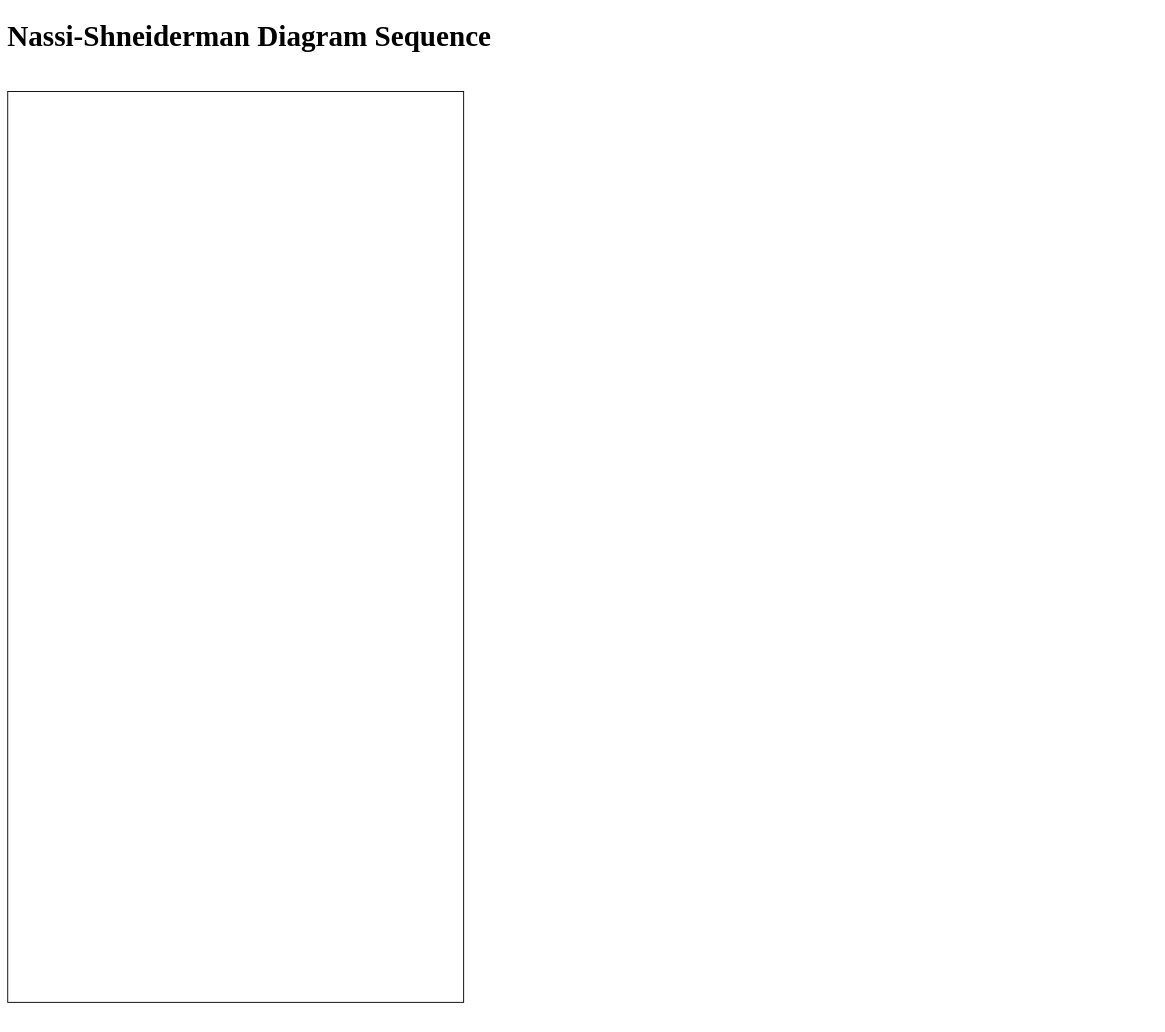
Repository: fabsch225/Nassi-Shneiderman-Compiler
Page: demo.html
The author's editor kept a copy of each file at every save. The page is drawn from the files as they stood at one save, then again after a run of saves.
The browser window is 1280 px wide. The pictures show the whole page, at 91% of full size.

Above is the page before, as saved 2024-05-15 21:32:10.

After the next 2 saves:
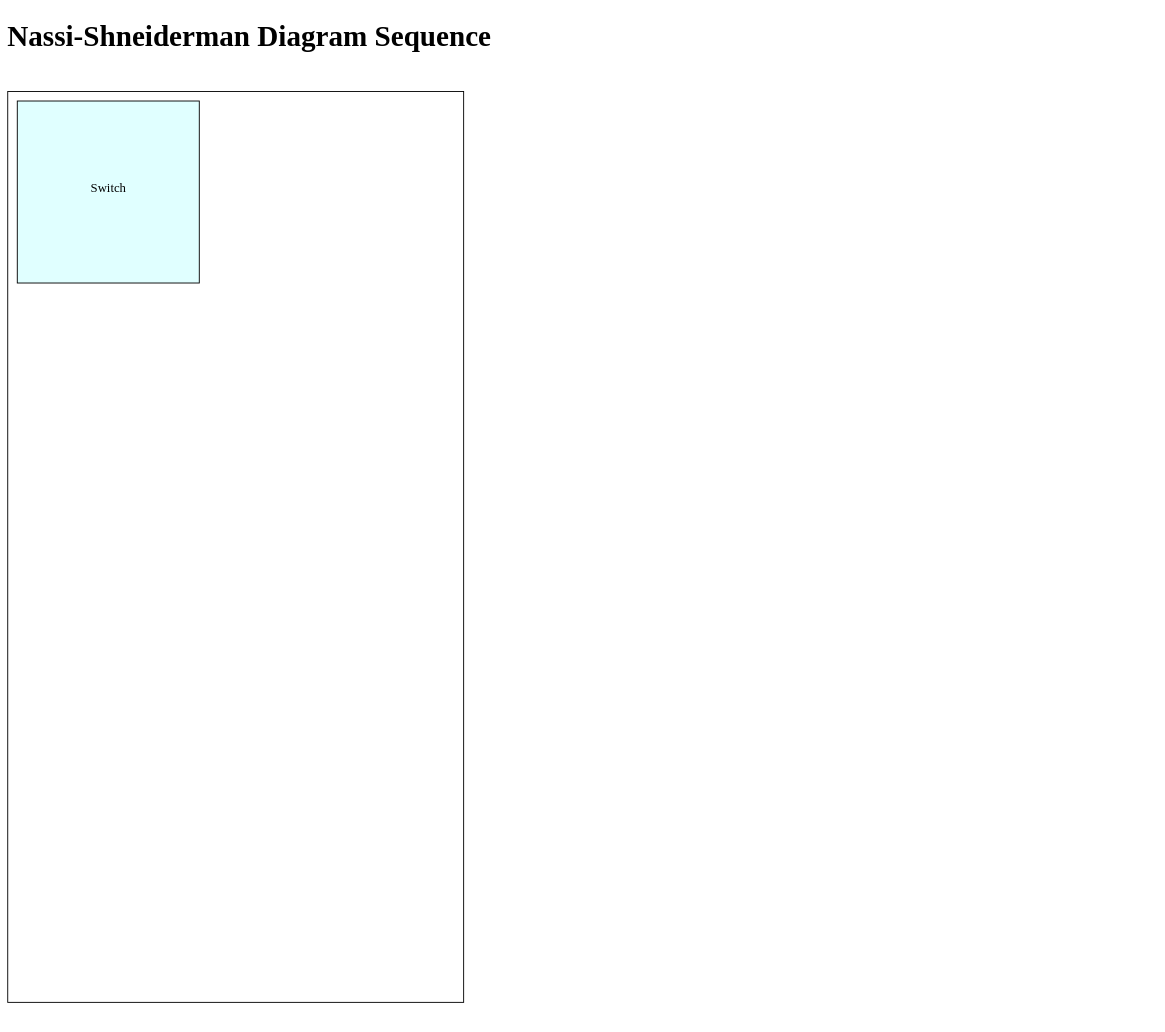
The 2 saves are shown as one change because they came seconds apart.
The last was saved 55 s later.
--- a/demo.html
+++ b/demo.html
@@ -26,7 +26,7 @@
     let currentY = 10;
 
 
-    svgContainer.innerHTML += createSwitchCaseBlock(10, currentY, blockWidth, blockHeight * 2, ['Case 1', 'Case 2', 'Case 3']);
+    svgContainer.innerHTML += createSwitchCaseBlock(10, currentY, blockWidth, blockHeight * 2, ['Case 1', 'Case 2', 'Case 3']).svgAppendix;
 
 </script>
 </body>

After the save that followed:
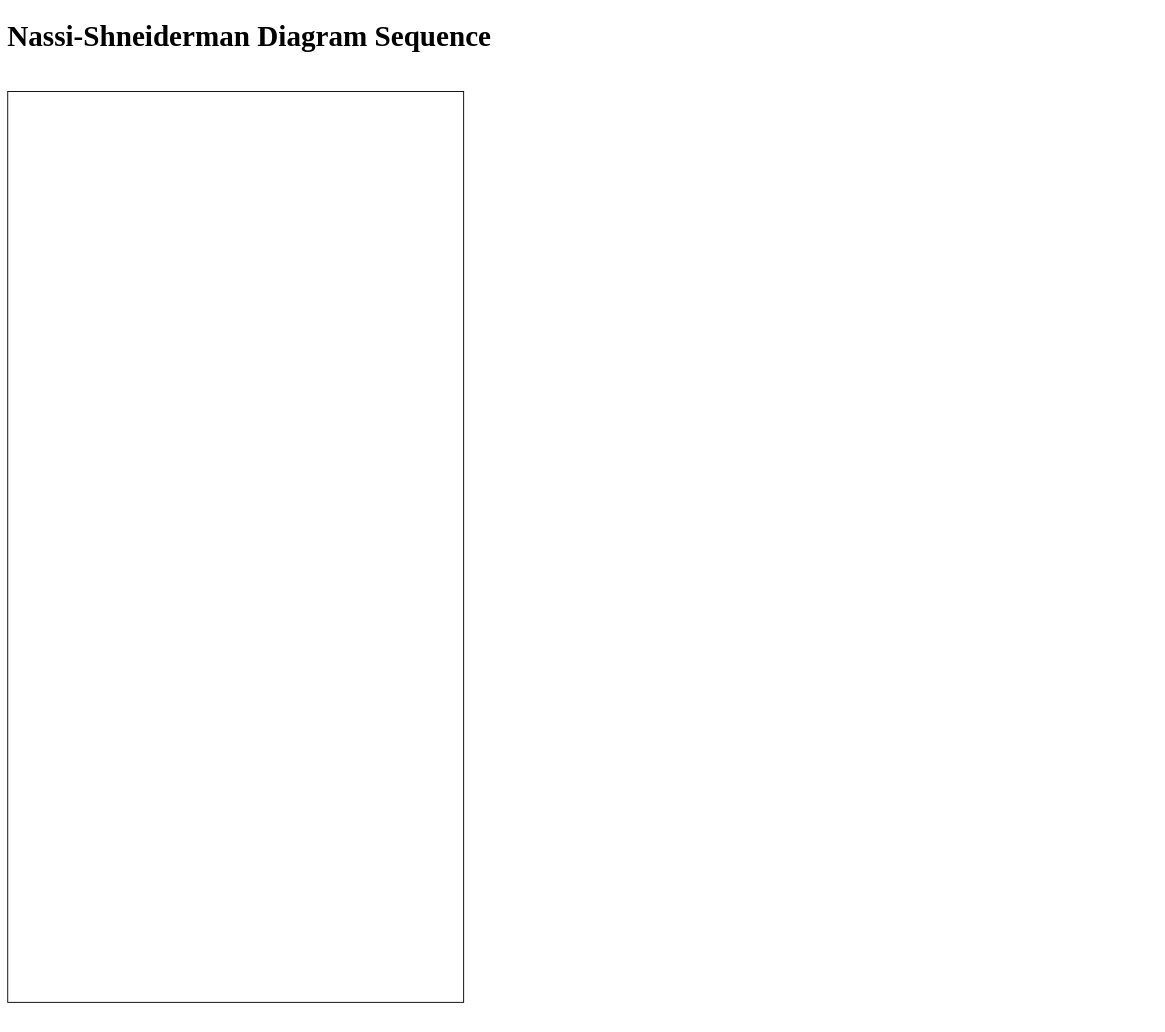
Console error: ReferenceError: createSwitchCaseBlock is not defined
Saved 66 s later.
--- a/src/nassi_svg_api.js
+++ b/src/nassi_svg_api.js
@@ -27,15 +27,4 @@ function createDecisionBlock(x, y, width, height, question, answerA, answerB) {
     return {svgAppendix: svgAppendix, children: [childA, childB]};
 }
 
-function createSwitchCaseBlock(x, y, width, height, cases) {
-    const caseHeight = height / (cases.length + 1);
-    let svgAppendix = `<rect class="switch" x="${x}" y="${y}" width="${width}" height="${height}" stroke="black" fill="lightcyan" />`;
-
-    const children = cases.map((item, index) => {
-        const caseY = y + caseHeight * (index + 1);
-        return { start_x: x, start_y: caseY, width: width, height: caseHeight };
-    });
-
-    svgAppendix += `<text class="switch-text" x="${x + width / 2}" y="${y + height / 2}" font-size="14px" fill="black" text-anchor="middle">Switch</text>`;
-    return { svgAppendix: svgAppendix, children: children };
-}
+// TODO: function createSwitchCaseBlock
